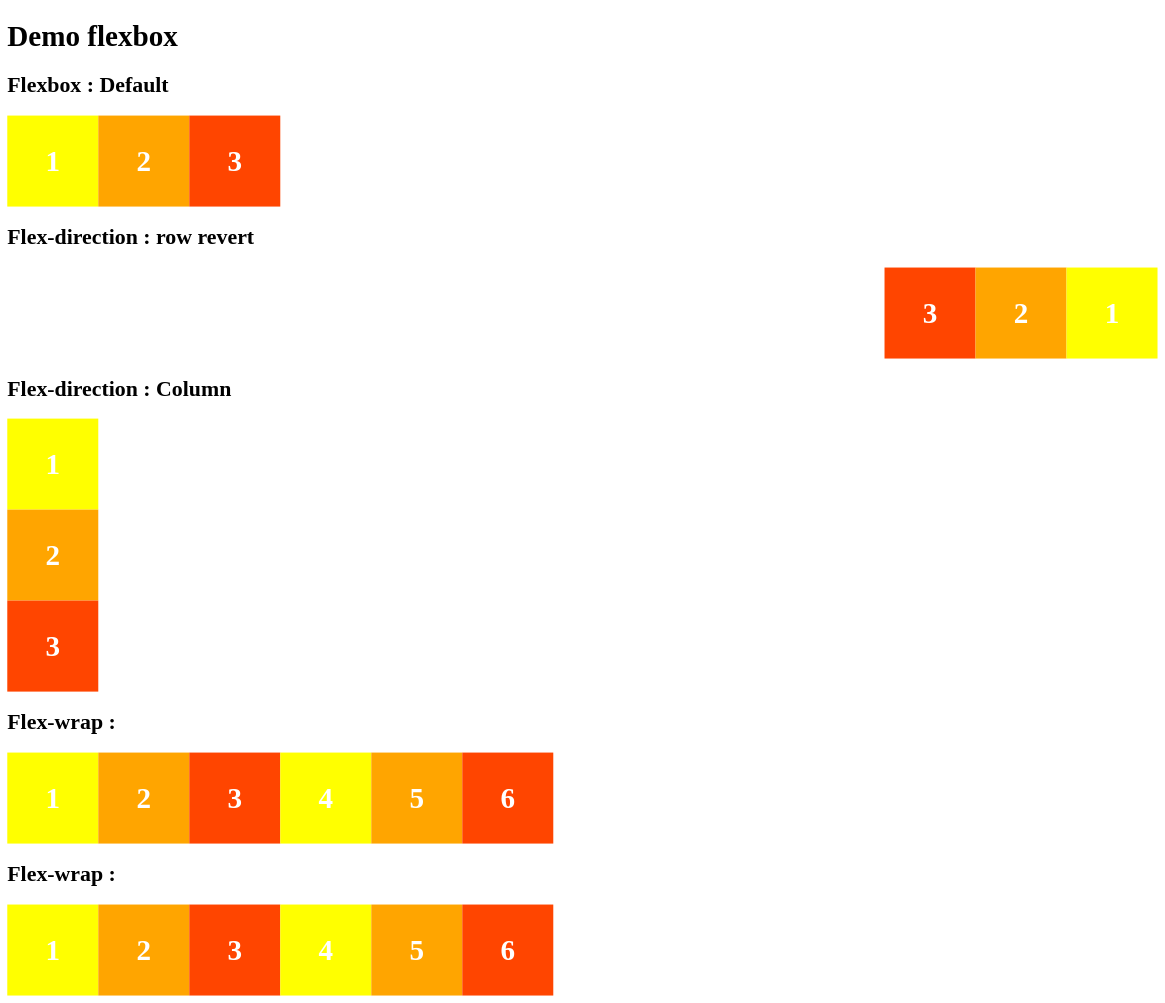
Repository: cvTuananh/Wed-famework
Page: Lab04/lab04/demo06.html
The author's editor kept a copy of each file at every save. The page is drawn from the files as they stood at one save, then again after the next save.
The browser window is 1280 px wide. The pictures show the whole page, at 91% of full size.

Above is the page before, as saved 2021-09-28 20:43:49.

After the next save:
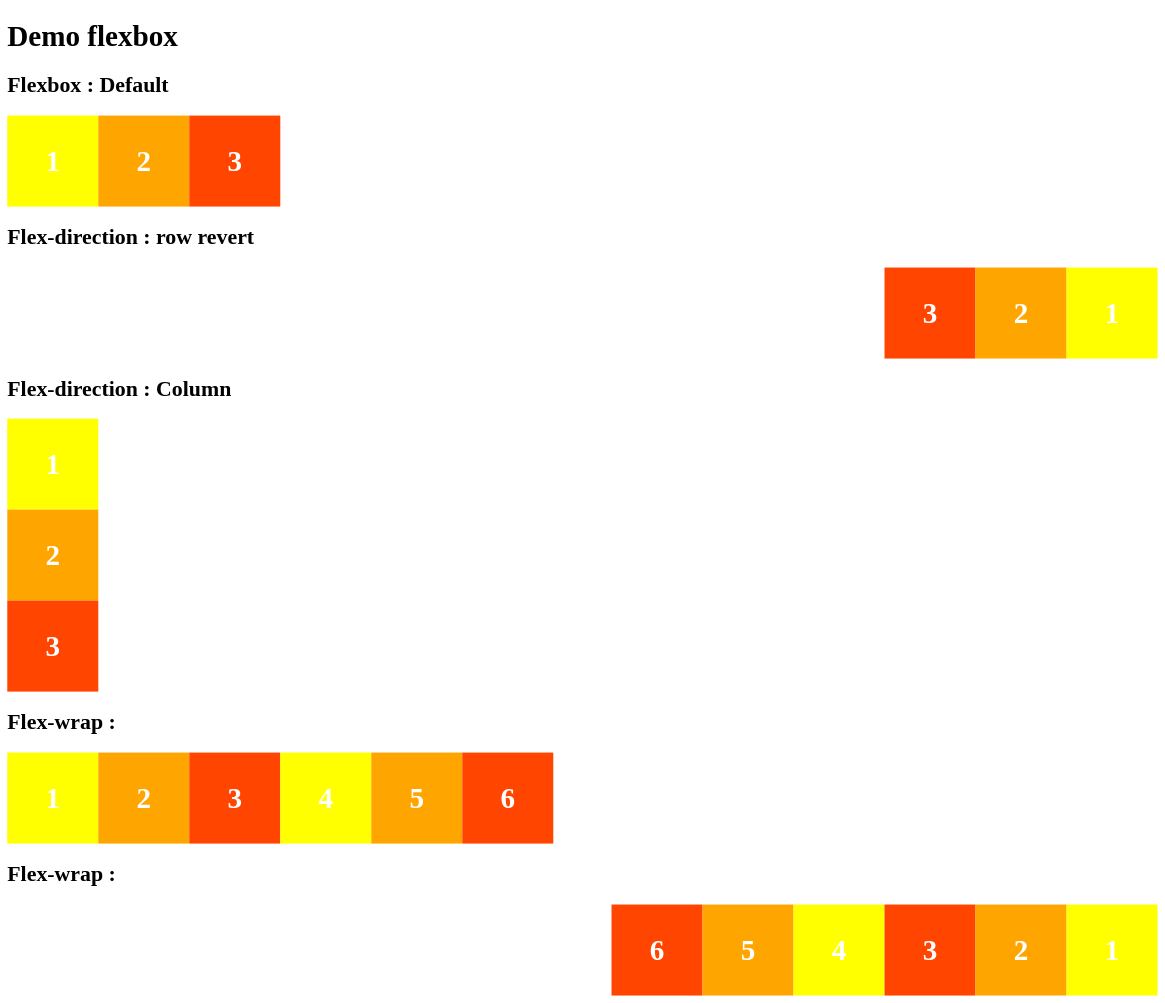
Saved 4 s later.
--- a/Lab04/lab04/demo06.html
+++ b/Lab04/lab04/demo06.html
@@ -36,7 +36,7 @@
         }
         .box5{
             display: flex;
-            flex-wrap: row-reverse wrap;
+            flex-flow: row-reverse wrap;
         }
 
     </style>
